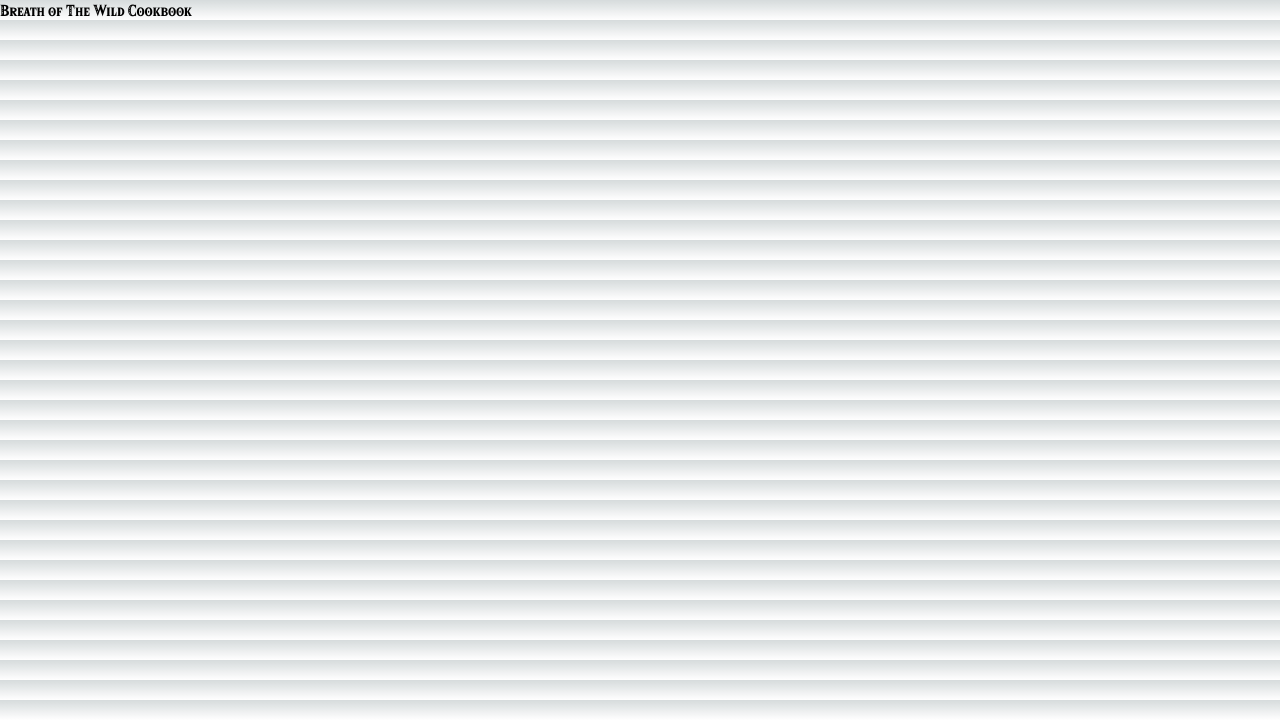
Repository: YanceMcFinn/Breath-of-The-Wild-Cookbook
Page: /
The author's editor kept a copy of each file at every save. The page is drawn from the files as they stood at one save, then again after the next save.
The browser window is 1280 px wide. The pictures show the whole page.
The page's requests for data from a server got no answer. The project was rebuilt for these pictures with package versions that can differ from the ones it lists, and the page was loaded fresh each time. The framework's server and built-in components were replaced by stand-ins that run in the browser. No one was signed in, and anything a server would have sent is missing. Also part of the build but not shown: next.config.js, src/app/components/Card.tsx.

Above is the page before, as saved 2023-08-16 13:19:04.

### src/app/layout.tsx
import './globals.css'
import '../../HyliaSerif_WebfontKit/stylesheet.css'
import { Inter } from 'next/font/google'

const inter = Inter({ subsets: ['latin'] })

export const metadata = {
  title: 'Create Next App',
  description: 'Generated by create next app',
}

export default function RootLayout({
  children,
}: {
  children: React.ReactNode
}) {
  return (
    <html lang="en">
      <body className={inter.className}>{children}</body>
    </html>
  )
}

### src/app/page.tsx
'use client'

import { useEffect, useState } from 'react';
import Image from 'next/image'
import { Card } from './components/Card.tsx'
import '../../HyliaSerif_WebfontKit/stylesheet.css'

export default function Home() {
  const [materials, setMaterials] = useState([])

  async function loadMaterials() {
    const response = await fetch("https://botw-compendium.herokuapp.com/api/v3/compendium/category/materials");
    const items = await response.json();
    setMaterials(items.data)
    console.log(items.data)
  }

  useEffect(()=>{
    loadMaterials()},[]);

  return (
    <main>
      <div>
        <h1 className='hyliaFont text-sm'>Breath of The Wild Cookbook</h1>
      </div>
      <div className='grid grid-cols-3 gap-3 px-5'>
        {materials?.map((item)=>{
          return <Card name={item.name} imgUrl={item.image} effect = {item.cooking_effect} description = {item.description} />
        })}
      </div>
    </main>
  )
}

### src/app/globals.css
@tailwind base;
@tailwind components;
@tailwind utilities;

:root {
  --foreground-rgb: 0, 0, 0;
  --background-start-rgb: 214, 219, 220;
  --background-end-rgb: 255, 255, 255;
}

@media (prefers-color-scheme: dark) {
  :root {
    --foreground-rgb: 255, 255, 255;
    --background-start-rgb: 0, 0, 0;
    --background-end-rgb: 0, 0, 0;
  }
}

body {
  color: rgb(var(--foreground-rgb));
  background: linear-gradient(
      to bottom,
      transparent,
      rgb(var(--background-end-rgb))
    )
    rgb(var(--background-start-rgb));
}

.card-img {
  height: auto;
  object-fit: cover;
}

.card-bg {
  background-color: #bcffe8;
}

.hyliaFont {
  font-family: 'hylia_serif_betaregular';
  font-weight:normal;
font-style:normal;
}

### HyliaSerif_WebfontKit/stylesheet.css
/*! Generated by Font Squirrel (https://www.fontsquirrel.com) on August 16, 2023 */



@font-face {
    font-family: 'hylia_serif_betaregular';
    src: url('./hyliaserifbeta-regular.woff2') format('woff2'),
         url('/hyliaserifbeta-regular.woff') format('woff');
    font-weight: normal;
    font-style: normal;

}

### tailwind.config.js
/** @type {import('tailwindcss').Config} */
module.exports = {
  content: [
    './src/pages/**/*.{js,ts,jsx,tsx,mdx}',
    './src/components/**/*.{js,ts,jsx,tsx,mdx}',
    './src/app/**/*.{js,ts,jsx,tsx,mdx}',
  ],
  theme: {
    extend: {
      backgroundImage: {
        'gradient-radial': 'radial-gradient(var(--tw-gradient-stops))',
        'gradient-conic':
          'conic-gradient(from 180deg at 50% 50%, var(--tw-gradient-stops))',
      },
      colors: {
        'zelda-green': '#0d9263',
      },
    },
  },
  plugins: [],
}

After the next save:
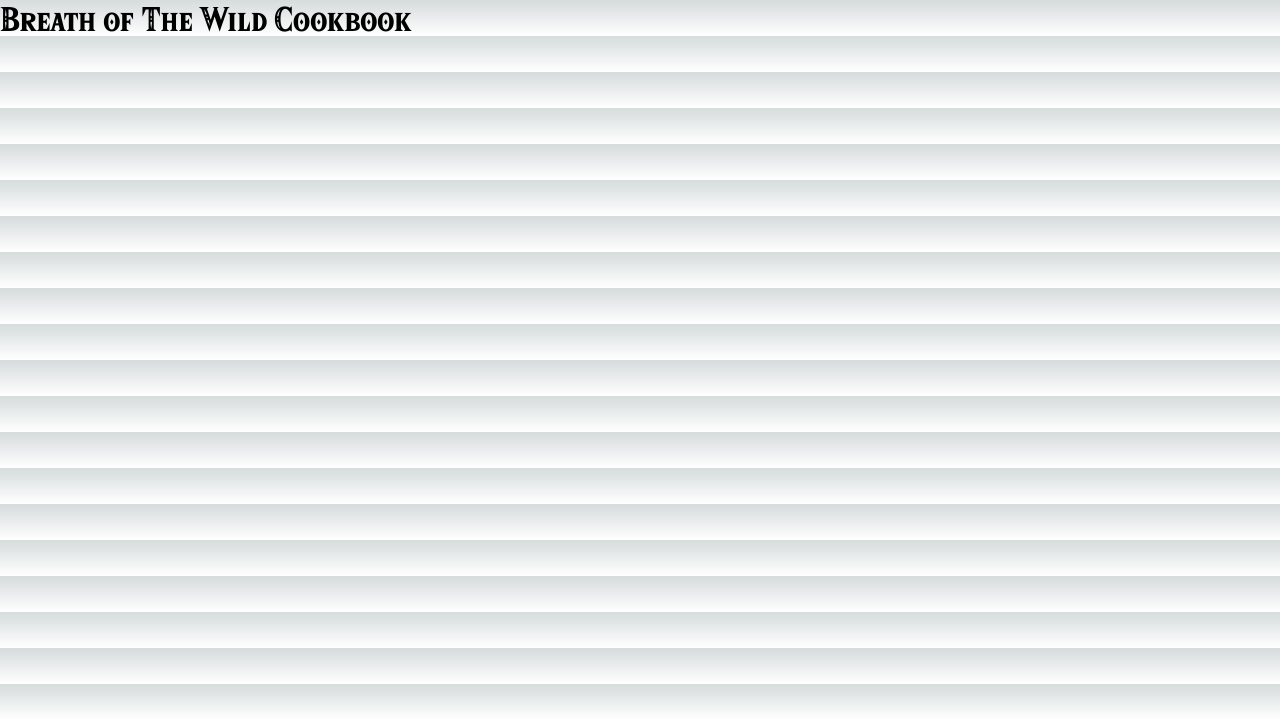
Saved 15 s later.
--- a/src/app/page.tsx
+++ b/src/app/page.tsx
@@ -21,7 +21,7 @@
   return (
     <main>
       <div>
-        <h1 className='hyliaFont text-sm'>Breath of The Wild Cookbook</h1>
+        <h1 className='hyliaFont text-3xl'>Breath of The Wild Cookbook</h1>
       </div>
       <div className='grid grid-cols-3 gap-3 px-5'>
         {materials?.map((item)=>{
